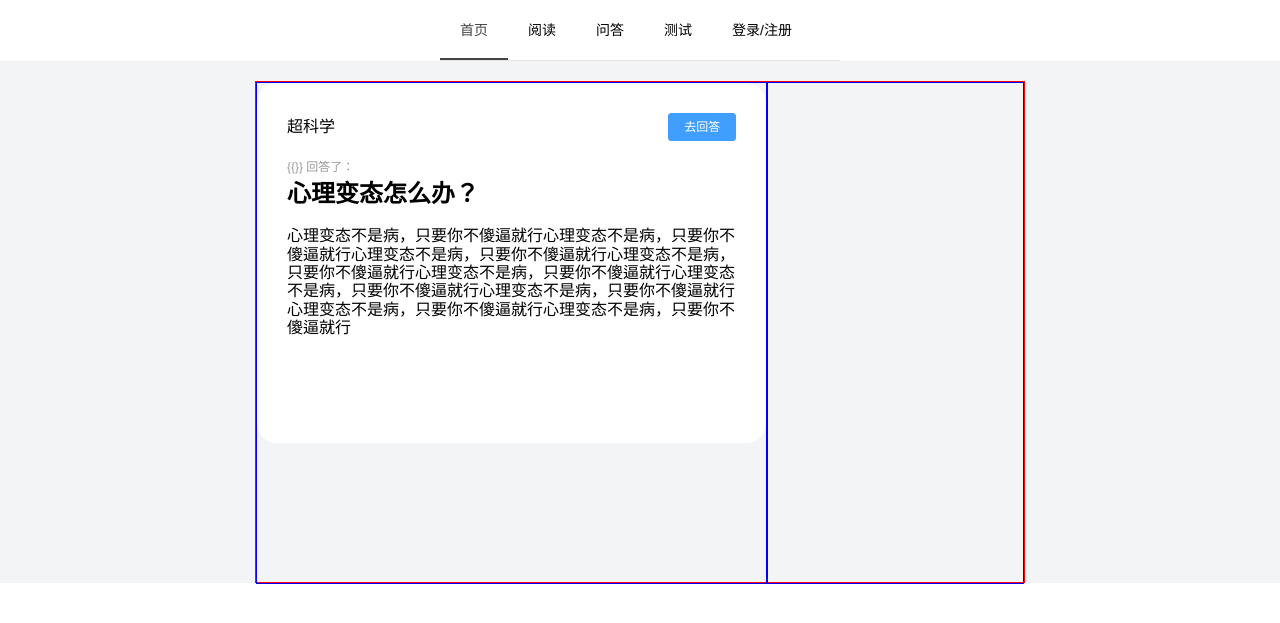
Repository: shengligo/xyx_vue_v1
Page: /qs
These files come from the project's save history. The page is drawn as it stood at one moment and after the next save; the edit follows.
The browser window is 1280 px wide. The pictures show the whole page.
The project was rebuilt for these pictures with package versions that can differ from the ones it lists, and the page was loaded fresh each time. Also part of the build but not shown: vue.config.js, src/views/home/childComps/Art.vue, src/views/author/authors.vue.

Above is the page before, as saved 2021-09-04 16:14:06.

After the next save:
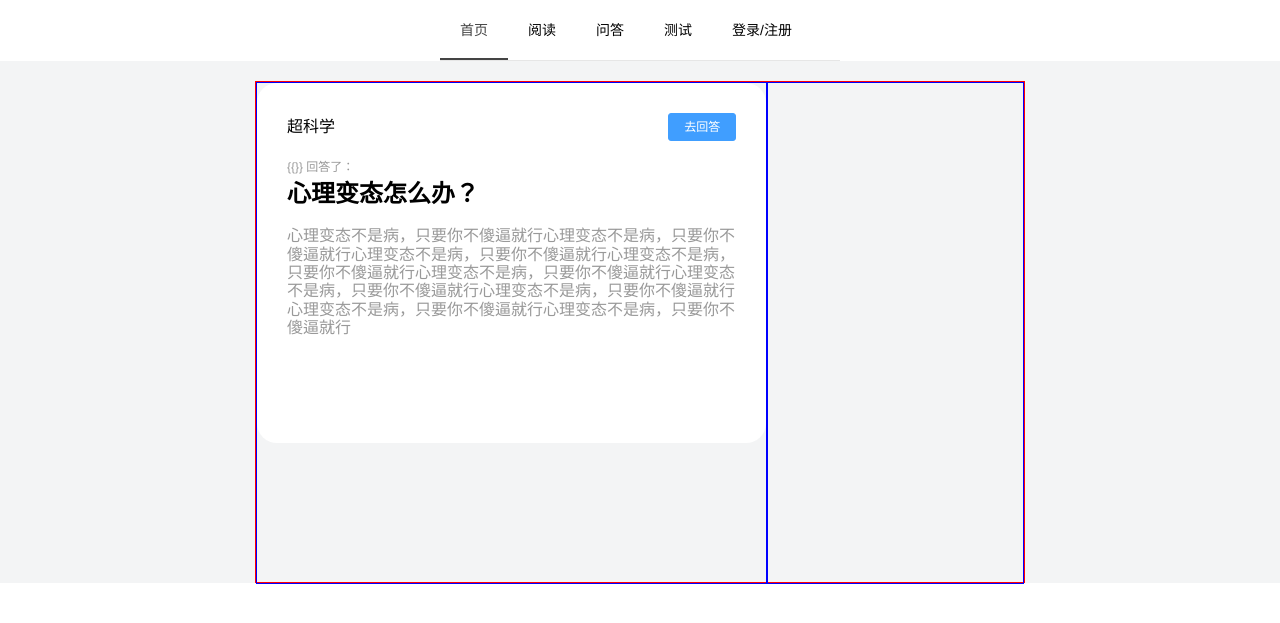
Saved 26 s later.
--- a/src/views/questions/Question.vue
+++ b/src/views/questions/Question.vue
@@ -90,4 +90,7 @@ export default {
 .title {
   margin-top: 5px;
 }
+.answerContent {
+  color: #999;
+}
 </style>
